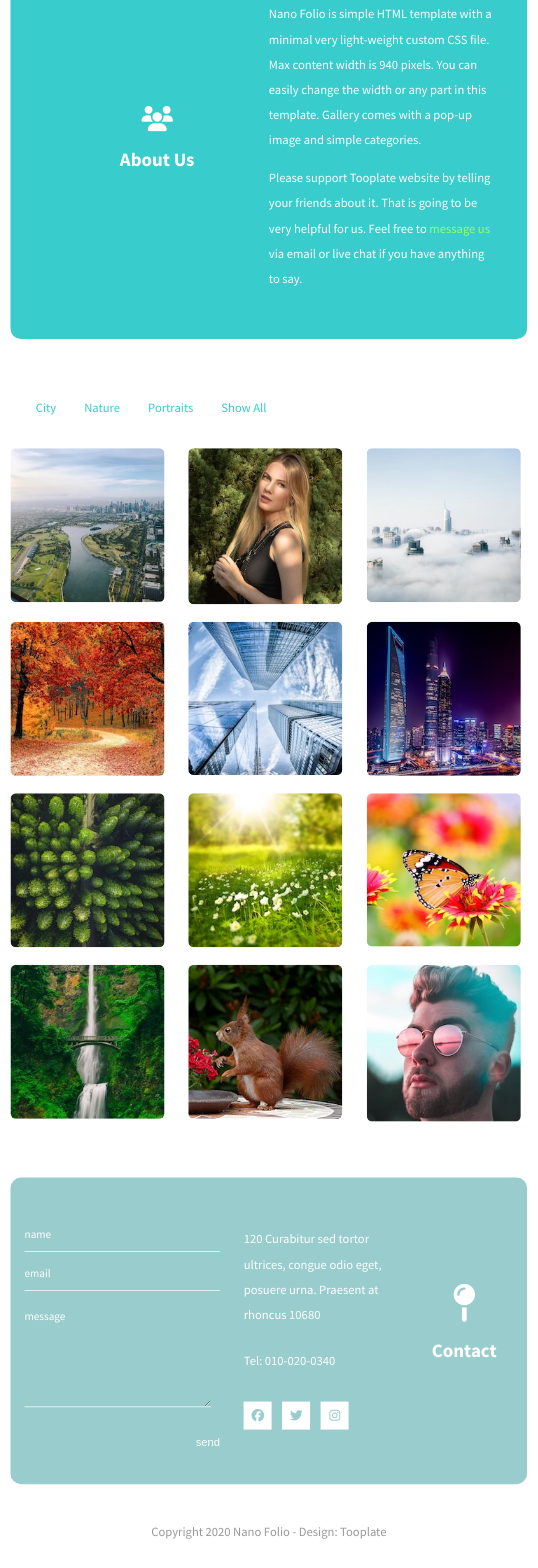
Repository: BuiVanVu102/Tooplate
Page: index.html
The author's editor kept a copy of each file at every save. The page is drawn from the files as they stood at one save, then again after the next save.
The browser window is 768 px wide. The pictures show the part of the page from y = 646 to 2886 px (the page is 2912 px tall), at 70% of full size.
Some web libraries are served in a nearby version. The style sheet was rebuilt from its Sass, Less or Tailwind sources for each picture, by a compiler version that may differ from the author's.

Above is the page before, as saved 2021-11-17 13:21:09.

After the next save:
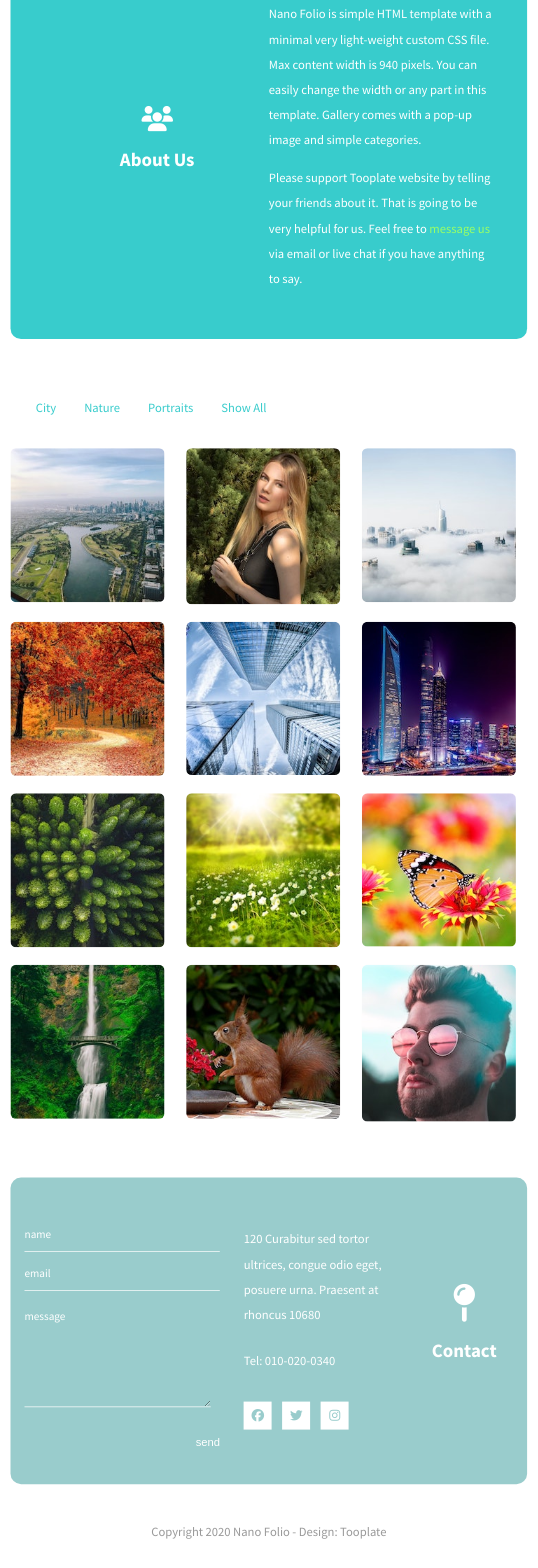
Saved 5 s later.
--- a/sass/_show.scss
+++ b/sass/_show.scss
@@ -48,7 +48,7 @@
 	.show__list {
 		display: grid;
 		grid-template-columns: repeat(3, 1fr);
-		gap: 25px 25px;
+		gap: 25px 15px;
 
 	}
 	.menu {
